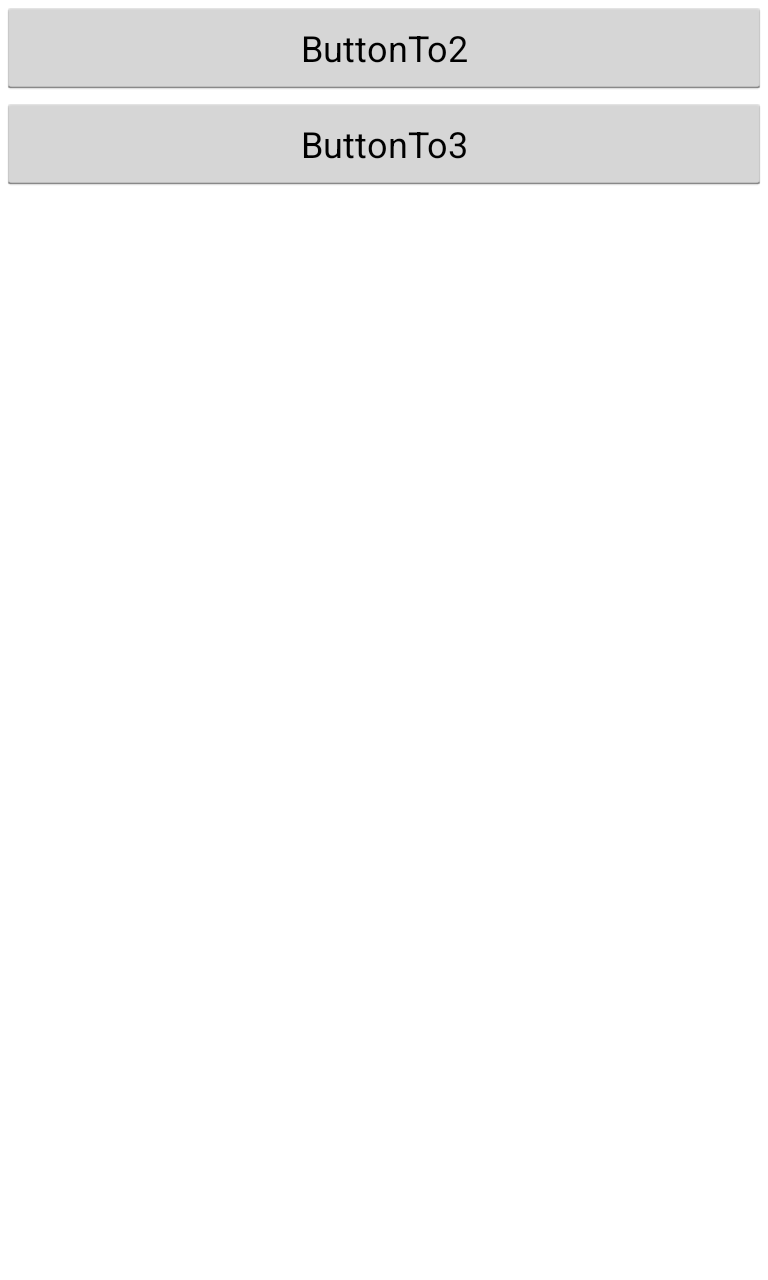
Repository: Lijianhao1995/Android
Layout: ActivityTest/res/layout/first_layout.xml
The author's editor kept a copy of each file at every save. The layout is drawn from the files as they stood at one save, then again after the next save.
It is drawn on a 768 x 1280 px phone screen (xhdpi) without system bars, with theme AppTheme; the app's code is not run.

Above is the layout before, as saved 2015-04-27 16:47:37.

After the next save:
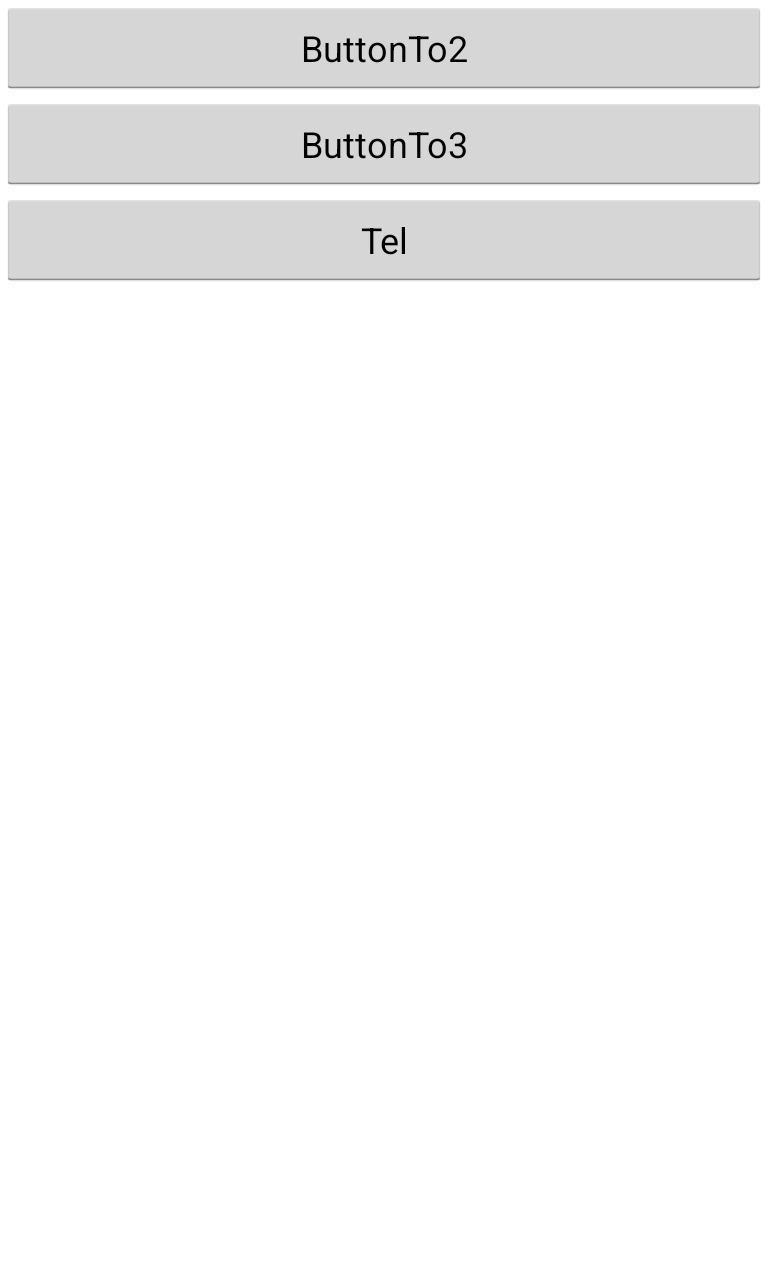
Saved 22 h 38 min later.
--- a/ActivityTest/res/layout/first_layout.xml
+++ b/ActivityTest/res/layout/first_layout.xml
@@ -18,4 +18,10 @@
         android:layout_height="wrap_content"
         android:text="ButtonTo3" />
 
+    <Button
+        android:id="@+id/telButton"
+        android:layout_width="match_parent"
+        android:layout_height="wrap_content"
+        android:text="Tel" />
+
 </LinearLayout>
